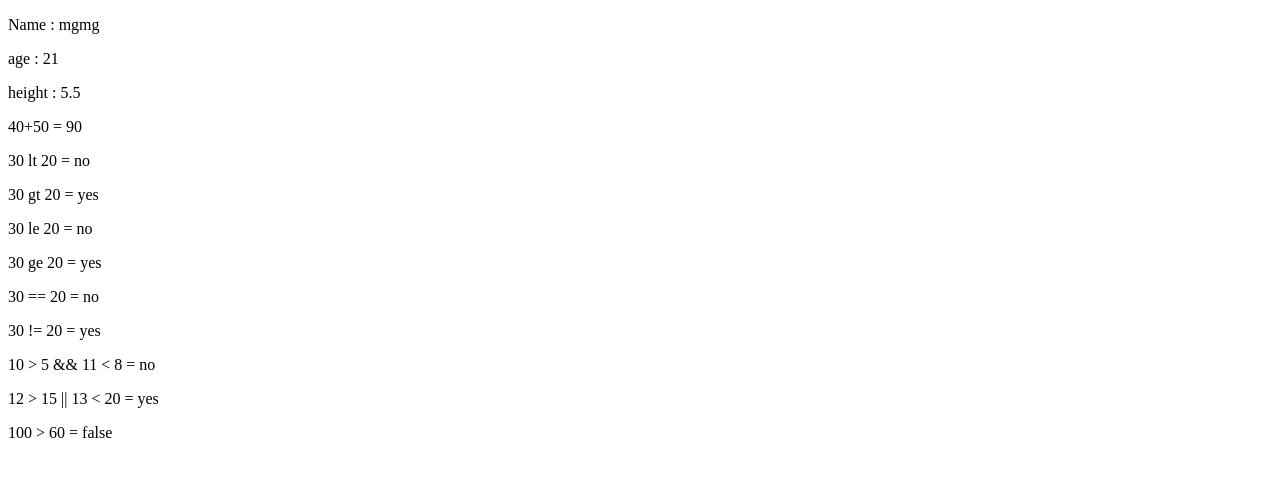
Repository: ZawMinKhantOrLeon/JavaEEWS
Page: http://localhost/jsp_servlet/jsp-el.jsp
An editor plug-in stored every save of this project. The page is shown before and after the next save, followed by the edit.
The browser window is 1280 px wide. The pictures show the whole page.
The page is served by Tomcat 10. Other server files are loaded and not shown.

Above is the page before, as saved 2024-02-19 08:53:50.

### jsp_servlet/src/main/webapp/jsp-el.jsp
<%@page import="model.Person"%>
<%@ page language="java" contentType="text/html; charset=ISO-8859-1"
    pageEncoding="ISO-8859-1"%>
<!DOCTYPE html>
<html>
<head>
<meta charset="ISO-8859-1">
<title>Jsp El</title>
</head>
<body>

	<%
		Person MgMg = new Person("mgmg","21",5.5);
	    pageContext.setAttribute("mgmg", MgMg);


	%>
	<p> Name : ${mgmg.name } </p>
	<p> age : ${mgmg.age } </p>
	<p> height : ${mgmg.height } </p>
	<p> 40+50 = ${40+50} </p>
	<p> 30 lt 20 = ${ 30 lt 20  ? "yes" : "no"} </p>
	<p> 30 gt 20 = ${ 30 gt 20  ? "yes" : "no"} </p>
	<p> 30 le 20 = ${ 30 le 20  ? "yes" : "no"} </p>
	<p> 30 ge 20 = ${ 30 ge 20  ? "yes" : "no"} </p>
	<p> 30 == 20 = ${ 30 eq 20  ? "yes" : "no"} </p>
	<p> 30 != 20 = ${ 30 ne 20  ? "yes" : "no"} </p>

	<p> 10 > 5 && 11 < 8  = ${ (10 gt 5) and (11 lt 8) ? "yes" : "no"} </p>
	<p> 12 > 15 || 13 < 20  = ${ (10 gt 5) or (11 lt 8) ? "yes" : "no"} </p>
	<p> 100 > 60 = ${ not (100 gt 60)} </p>
 <!-- 	<p>10+20 <%-- <%= 10+20 %> --%> </p>
	<p> 10 > 5 ? <%-- <%= 10 > 5 ? "yes" : "no" %> --%> </p>

-->

</body>
</html>

### jsp_servlet/src/main/java/model/Person.java
package model;

public class Person {
	String name;
	String age;
	Double height;

	public Person() {

	}

	public Person(String name, String age, Double height) {
		super();
		this.name = name;
		this.age = age;
		this.height = height;
	}



	public String getName() {
		return name;
	}



	public void setName(String name) {
		this.name = name;
	}



	public String getAge() {
		return age;
	}



	public void setAge(String age) {
		this.age = age;
	}



	public Double getHeight() {
		return height;
	}



	public void setHeight(Double height) {
		this.height = height;
	}



	@Override
	public String toString() {
		return "Person [name=" + name + ", age=" + age + ", height=" + height + "]";
	}


}

After the next save:
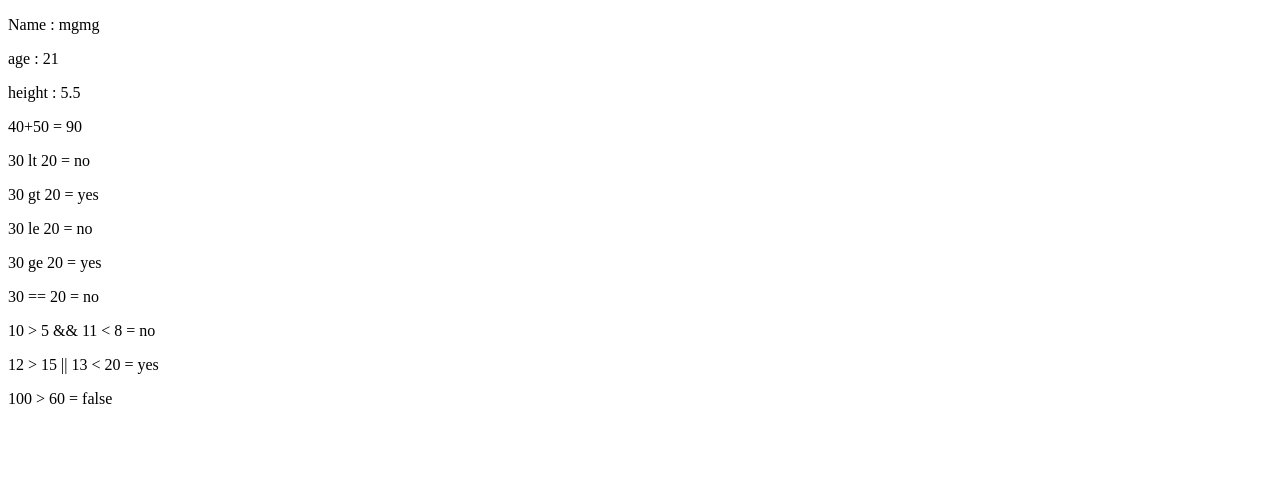
Saved 54 s later.
--- a/jsp_servlet/src/main/webapp/jsp-el.jsp
+++ b/jsp_servlet/src/main/webapp/jsp-el.jsp
@@ -24,7 +24,7 @@
 	<p> 30 le 20 = ${ 30 le 20  ? "yes" : "no"} </p>
 	<p> 30 ge 20 = ${ 30 ge 20  ? "yes" : "no"} </p>
 	<p> 30 == 20 = ${ 30 eq 20  ? "yes" : "no"} </p>
-	<p> 30 != 20 = ${ 30 ne 20  ? "yes" : "no"} </p>
+	<%-- <p> 30 != 20 = ${ 30 ne 20  ? "yes" : "no"} </p> --%>
 
 	<p> 10 > 5 && 11 < 8  = ${ (10 gt 5) and (11 lt 8) ? "yes" : "no"} </p>
 	<p> 12 > 15 || 13 < 20  = ${ (10 gt 5) or (11 lt 8) ? "yes" : "no"} </p>
